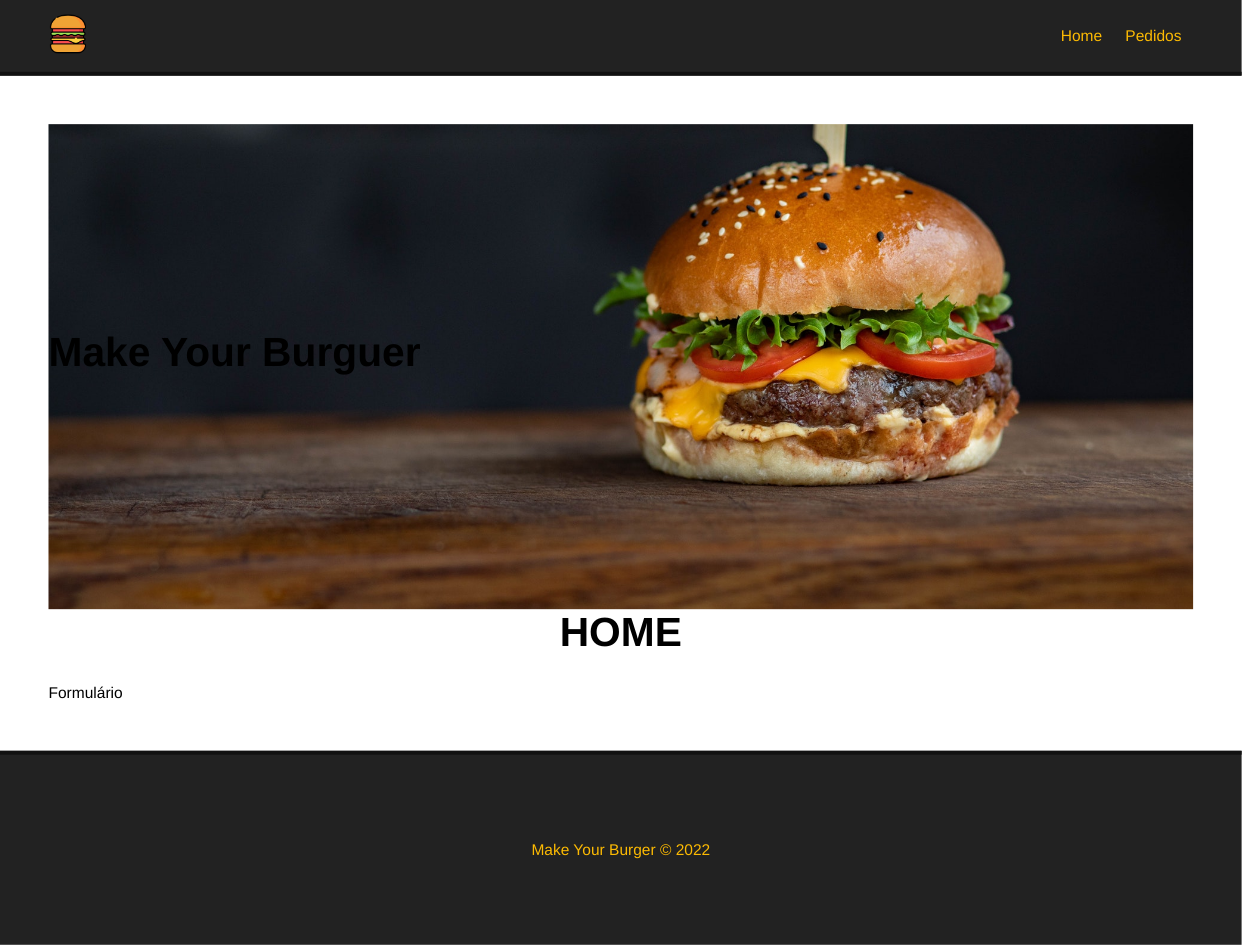
Repository: brunofa23/makeyourburguer
Page: /
An editor plug-in stored every save of this project. The page is shown before and after the next save, followed by the edit.
The browser window is 1280 px wide. The pictures show the whole page, at 97% of full size.
The project was rebuilt for these pictures with package versions that can differ from the ones it lists, and the page was loaded fresh each time. Also part of the build but not shown: vue.config.js.

Above is the page before, as saved 2022-08-09 19:15:36.

### src/App.vue
<template>
  <Navbar :logo="logo_src" :alt="app_name"/>
  <router-view/>
  <Footer />
</template>

<script>
import Navbar from './components/Navbar.vue';
import Footer from './components/Footer.vue';

export default{
  components:{ Navbar, Footer },
  data(){
    return{
      logo_src:"/img/logo.png",
      app_name:"Make Your Burguer"
    }

  }
}

</script>

<style>
*{
  font-family: Helvetica, sans-serif;
  padding: 0;
  margin: 0;
  box-sizing: border-box;
}


.main-container{
  margin:50px;
  min-height: 250px;
}

h1{
  text-align: center;
  font-size: 42px;
  margin-bottom: 30px;
}
</style>

### src/router/index.js
import { createRouter, createWebHistory } from 'vue-router'
import HomeView from '../views/HomeView.vue'

const routes = [
  {
    path: '/',
    name: 'home',
    component: HomeView
  },
  {
    path: '/pedidos',
    name: 'Pedidos',
    // route level code-splitting
    // this generates a separate chunk (about.[hash].js) for this route
    // which is lazy-loaded when the route is visited.
    component: () => import(/* webpackChunkName: "about" */ '../views/PedidosView.vue')
  }
]

const router = createRouter({
  history: createWebHistory(process.env.BASE_URL),
  routes
})

export default router

### src/components/Navbar.vue
<template>
  <div id="nav">
    <router-link to="/" id="logo-url">
        <img :src="logo" :alt="alt" id="logo" >
    </router-link>
    <router-link to="/">Home</router-link>
    <router-link to="/pedidos">Pedidos</router-link>
  </div>
</template>

<script>
export default {
    name:"Navbar",
    props:["logo", "alt"]
}
</script>




<style scoped>
#nav{
  background-color:#222 ;
  border-bottom: 4px solid #111;
  padding: 15px 50px;
  display: flex;
  justify-content: flex-end;
  align-items: center;


}

#nav #logo-url{
  margin: auto;
  margin-left: 0;


}

#logo{
  width: 40px;
  height: 40px;
}

#nav a{
  color: #FCBA03;
  text-decoration: none;
  margin: 12px;
  transition: .5s;

}
#nav a:hover{
  color:#FFF;
}

</style>

### src/components/Footer.vue
<template>
    <footer id="footer">
        <p>Make Your Burger &copy; 2022</p>

    </footer>
</template>


<script>
export default{
    name: "Footer"
}

</script>

<style scoped>
#footer{
    height: 200px;
    background-color: #222;
    border-top: 4px solid #111;
    color: #fcba03;
    display: flex;
    align-items: center;
    justify-content: center;
    width: 100%;
}
</style>

### src/views/HomeView.vue
<template>
  <div class="main-container">
    <Banner />
   <h1>HOME</h1>
   <p>Formulário</p>
  </div>
</template>

<script>
import Banner from "@/components/Banner.vue";

export default{
  name: "Home",
  components:{
    Banner
  }
}

</script>

### src/components/Banner.vue
<template>
  <div id="main-banner">
    <h1>Make Your Burguer</h1>
  </div>
</template>

<script>
export default {
  name: 'Banner',
}
</script>

<style scoped>
#main-banner{
    background-image: url('/public/img/burger.jpg');
    background-position: 0 -250px;
    background-size: cover;
    height: 500px;
    display: flex;
    align-items: center;
    justify-content: flex-start;

}

#main-banner h1{

}


</style>
>

Loaded but not shown: public/index.html (common file); src/main.js (common file)

After the next save:
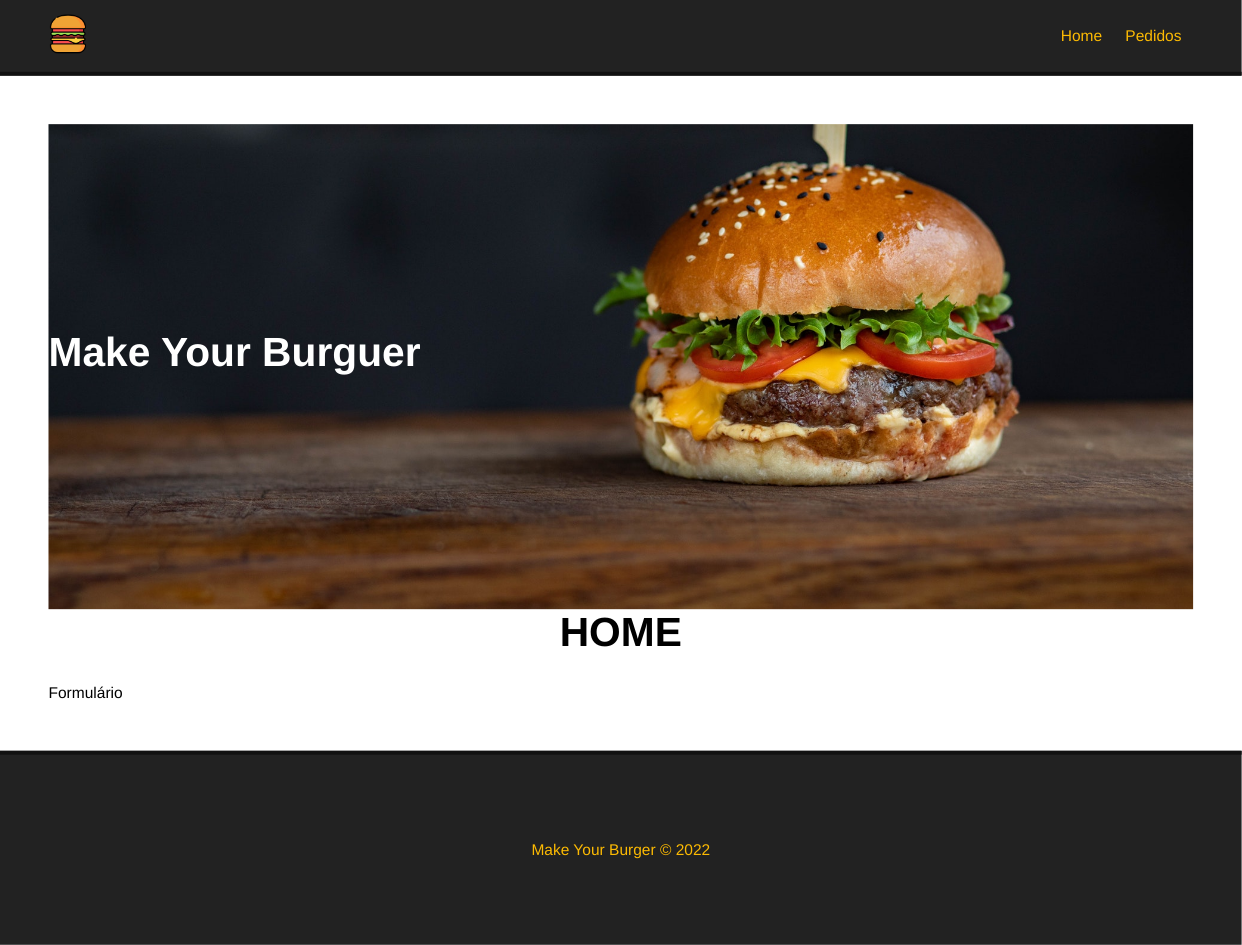
Saved 14 s later.
--- a/src/components/Banner.vue
+++ b/src/components/Banner.vue
@@ -23,6 +23,7 @@ export default {
 }
 
 #main-banner h1{
+    color: #FFF;
 
 }
 
